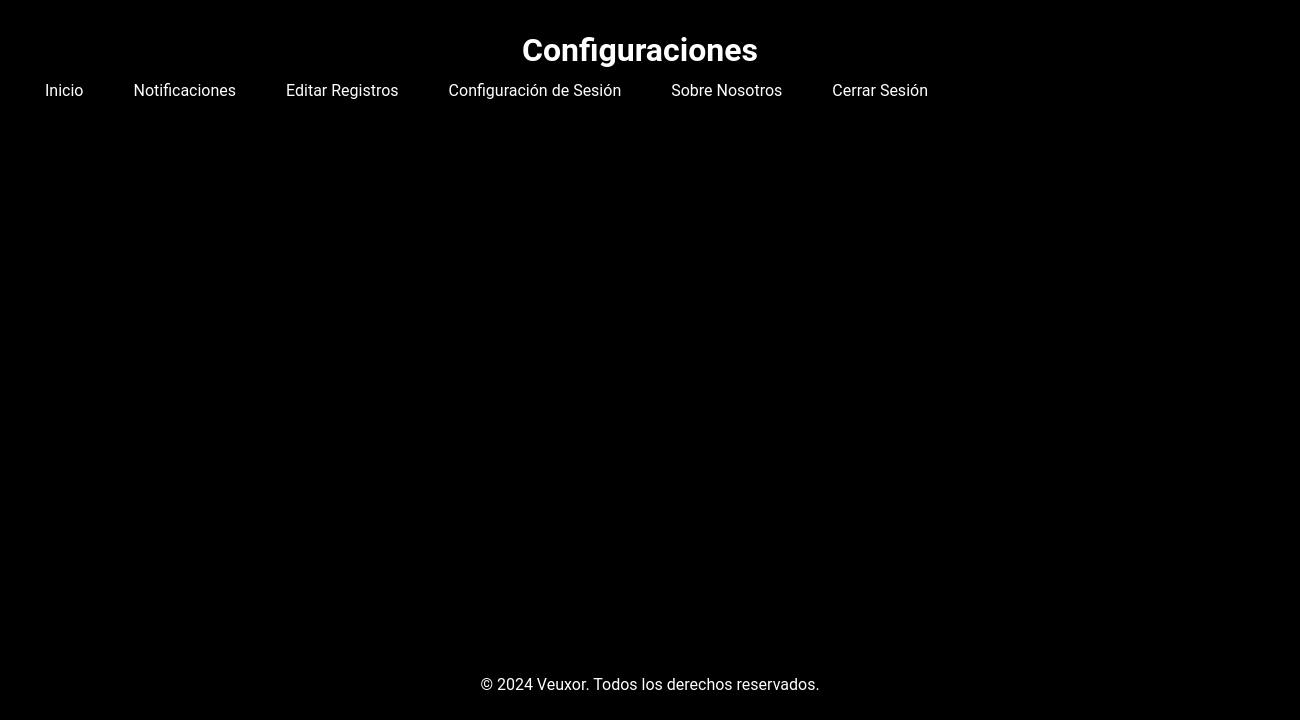
Repository: EddyWebz/updat
Page: privado/config.html
An editor plug-in stored every save of this project. The page is shown before and after the next save, followed by the edit.
The browser window is 1280 px wide. The page is 1300 px wide, so the pictures cover 1300 px, including what lies to the right of the window. The pictures show the whole page.

Above is the page before, as saved 2024-09-15 11:13:59.

After the next save:
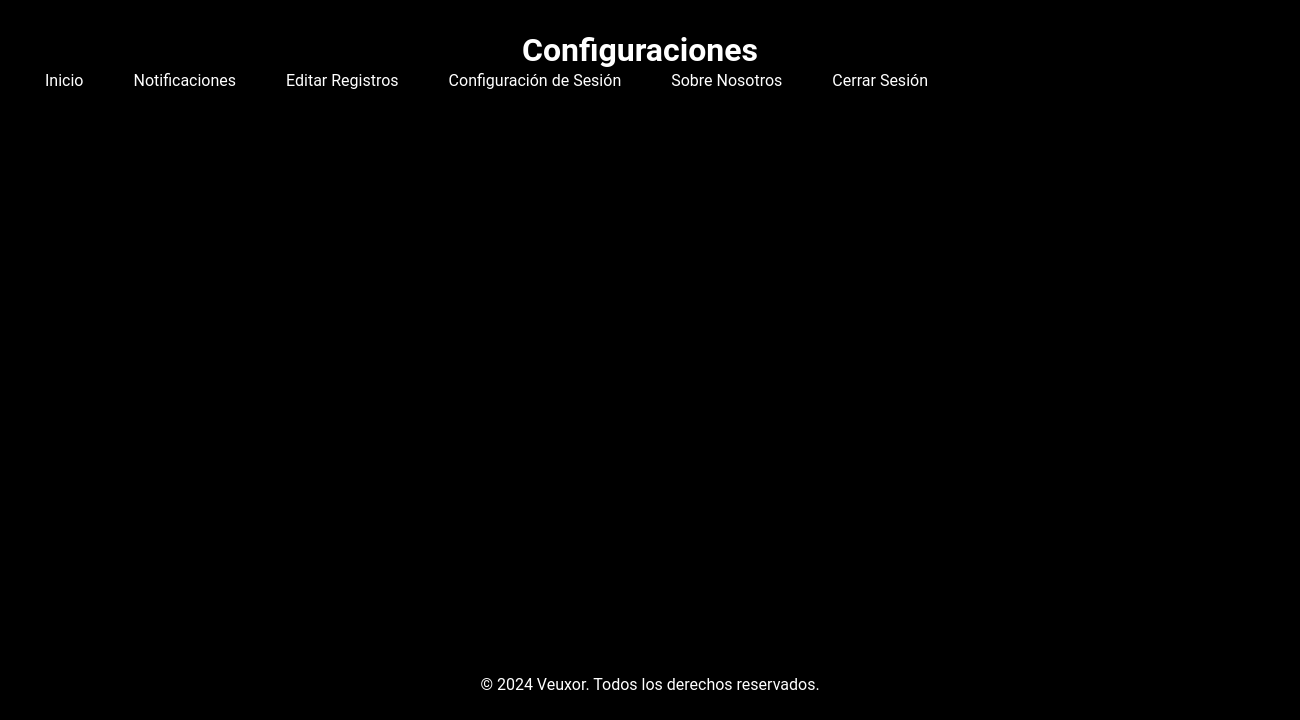
Saved 52 s later.
--- a/BASE-2/config.css
+++ b/BASE-2/config.css
@@ -108,7 +108,7 @@ header {
         display: flex;
         justify-content: flex-start; /* Alineamos el menú hacia la izquierda */
         background-color: #1b1b1b;
-        margin-top: 10px; /* Mover hacia arriba */
+        margin-top: 0px; /* Mover hacia arriba */
         padding-left: 10px; /* Ajustamos el padding para que no quede pegado a la izquierda */
         margin-left: 10px; /* Añadir espacio a la izquierda */
         margin-right: 10px;
